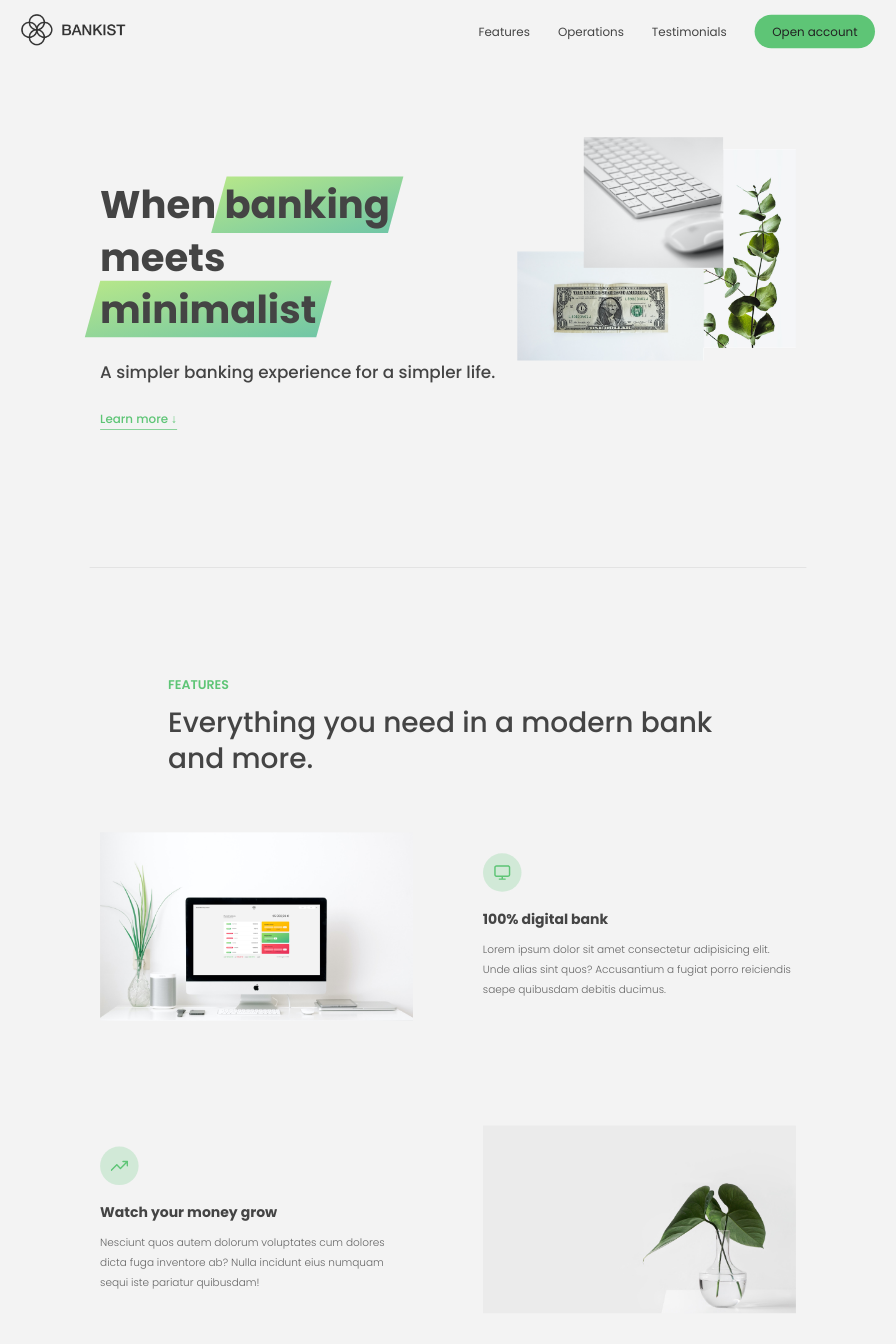
Repository: nptg3105/Bankist
Page: index.html
An editor plug-in stored every save of this project. The page is shown before and after the next save, followed by the edit.
The browser window is 1280 px wide. The pictures show the part of the page from y = 0 to 1920 px (the page is 5256 px tall), at 70% of full size.
Some web libraries are served in a nearby version.

Above is the page before, as saved 2022-06-03 14:19:34.

### index.html
<!DOCTYPE html>
<html lang="en">
  <head>
    <meta charset="UTF-8" />
    <meta name="viewport" content="width=device-width, initial-scale=1.0" />
    <meta http-equiv="X-UA-Compatible" content="ie=edge" />
    <link rel="shortcut icon" type="image/png" href="images/icon.png" />

    <link
      href="https://fonts.googleapis.com/css?family=Poppins:300,400,500,600&display=swap"
      rel="stylesheet"
    />
    <link
      rel="stylesheet"
      href="https://cdnjs.cloudflare.com/ajax/libs/font-awesome/6.1.1/css/all.min.css"
      integrity="sha512-KfkfwYDsLkIlwQp6LFnl8zNdLGxu9YAA1QvwINks4PhcElQSvqcyVLLD9aMhXd13uQjoXtEKNosOWaZqXgel0g=="
      crossorigin="anonymous"
      referrerpolicy="no-referrer"
    />
    <link rel="stylesheet" href="dist/index.css" />
    <title>Bankist | When Banking meets Minimalist</title>
  </head>
  <body>
    <nav class="nav container-fluid">
      <a href="#header"
        ><img
          src="images/logo.png"
          alt="Bankist logo"
          class="nav__logo"
          id="logo"
      /></a>
      <ul class="nav__links">
        <li class="nav__item">
          <a class="nav__link" href="#section--1">Features</a>
        </li>
        <li class="nav__item">
          <a class="nav__link" href="#section--2">Operations</a>
        </li>
        <li class="nav__item">
          <a class="nav__link" href="#section--3">Testimonials</a>
        </li>
        <li class="nav__item">
          <a class="nav__link nav__link--btn btn--show-modal" href="#"
            >Open account</a
          >
        </li>
      </ul>

      <div class="nav__button">
        <div class="nav__hamburger">
          <span></span>
        </div>
      </div>
    </nav>
    <ul class="nav-mobile">
      <div class="nav-mobile__links">
        <li class="nav-mobile__link"><a href="#section--1">Features</a></li>
        <li class="nav-mobile__link"><a href="#section--2">Operations</a></li>
        <li class="nav-mobile__link"><a href="#section--3">Testimonials</a></li>
        <li class="nav-mobile__link">
          <a class="nav__link--btn btn--show-modal" href="#">Open account</a>
        </li>
      </div>
    </ul>
    <header id="header" class="header container">
      <div class="header__title">
        <h1>
          When
          <!-- Green highlight effect -->
          <span class="highlight">banking</span>
          meets<br />
          <span class="highlight">minimalist</span>
        </h1>
        <h4>A simpler banking experience for a simpler life.</h4>
        <button class="btn--text btn--scroll-to">Learn more &DownArrow;</button>
        <img
          src="images/hero.png"
          class="header__img"
          alt="Minimalist bank items"
        />
      </div>
    </header>

    <section class="section container" id="section--1">
      <div class="section__title">
        <h2 class="section__description">Features</h2>
        <h3 class="section__header">
          Everything you need in a modern bank and more.
        </h3>
      </div>

      <div class="features">
        <div class="features__item">
          <img
            src="images/digital-lazy.jpg"
            data-src="images/digital.jpg"
            alt="Computer"
            class="features__img lazy-img"
          />
          <div class="features__feature">
            <div class="features__icon">
              <svg>
                <use xlink:href="images/icons.svg#icon-monitor"></use>
              </svg>
            </div>
            <h5 class="features__header">100% digital bank</h5>
            <p>
              Lorem ipsum dolor sit amet consectetur adipisicing elit. Unde
              alias sint quos? Accusantium a fugiat porro reiciendis saepe
              quibusdam debitis ducimus.
            </p>
          </div>
        </div>

        <div class="features__item features__item--reverse">
          <img
            src="images/grow-lazy.jpg"
            data-src="images/grow.jpg"
            alt="Plant"
            class="features__img lazy-img"
          />
          <div class="features__feature">
            <div class="features__icon">
              <svg>
                <use xlink:href="images/icons.svg#icon-trending-up"></use>
              </svg>
            </div>
            <h5 class="features__header">Watch your money grow</h5>
            <p>
              Nesciunt quos autem dolorum voluptates cum dolores dicta fuga
              inventore ab? Nulla incidunt eius numquam sequi iste pariatur
              quibusdam!
            </p>
          </div>
        </div>

        <div class="features__item">
          <img
            src="images/card-lazy.jpg"
            data-src="images/card.jpg"
            alt="Credit card"
            class="features__img lazy-img"
          />
          <div class="features__feature">
            <div class="features__icon">
              <svg>
                <use xlink:href="images/icons.svg#icon-credit-card"></use>
              </svg>
            </div>
            <h5 class="features__header">Free debit card included</h5>
            <p>
              Quasi, fugit in cumque cupiditate reprehenderit debitis animi enim
              eveniet consequatur odit quam quos possimus assumenda dicta fuga
              inventore ab.
            </p>
          </div>
        </div>
      </div>
    </section>

    <section class="section container" id="section--2">
      <div class="section__title">
        <h2 class="section__description">Operations</h2>
        <h3 class="section__header">
          Everything as simple as possible, but no simpler.
        </h3>
      </div>

      <div class="operations">
        <div class="operations__tab-container">
          <button
            class="btn operations__tab operations__tab--1 operations__tab--active"
            data-tab="1"
          >
            <span>01</span>Instant Transfers
          </button>
          <button class="btn operations__tab operations__tab--2" data-tab="2">
            <span>02</span>Instant Loans
          </button>
          <button class="btn operations__tab operations__tab--3" data-tab="3">
            <span>03</span>Instant Closing
          </button>
        </div>
        <div
          class="operations__content operations__content--1 operations__content--active"
        >
          <div class="operations__icon operations__icon--1">
            <svg>
              <use xlink:href="images/icons.svg#icon-upload"></use>
            </svg>
          </div>
          <h5 class="operations__header">
            Tranfser money to anyone, instantly! No fees, no BS.
          </h5>
          <p>
            Lorem ipsum dolor sit amet, consectetur adipisicing elit, sed do
            eiusmod tempor incididunt ut labore et dolore magna aliqua. Ut enim
            ad minim veniam, quis nostrud exercitation ullamco laboris nisi ut
            aliquip ex ea commodo consequat.
          </p>
        </div>

        <div class="operations__content operations__content--2">
          <div class="operations__icon operations__icon--2">
            <svg>
              <use xlink:href="images/icons.svg#icon-home"></use>
            </svg>
          </div>
          <h5 class="operations__header">
            Buy a home or make your dreams come true, with instant loans.
          </h5>
          <p>
            Duis aute irure dolor in reprehenderit in voluptate velit esse
            cillum dolore eu fugiat nulla pariatur. Excepteur sint occaecat
            cupidatat non proident, sunt in culpa qui officia deserunt mollit
            anim id est laborum.
          </p>
        </div>
        <div class="operations__content operations__content--3">
          <div class="operations__icon operations__icon--3">
            <svg>
              <use xlink:href="images/icons.svg#icon-user-x"></use>
            </svg>
          </div>
          <h5 class="operations__header">
            No longer need your account? No problem! Close it instantly.
          </h5>
          <p>
            Excepteur sint occaecat cupidatat non proident, sunt in culpa qui
            officia deserunt mollit anim id est laborum. Ut enim ad minim
            veniam, quis nostrud exercitation ullamco laboris nisi ut aliquip ex
            ea commodo consequat.
          </p>
        </div>
      </div>
    </section>

    <section class="section container" id="section--3">
      <div class="section__title section__title--testimonials">
        <h2 class="section__description">Not sure yet?</h2>
        <h3 class="section__header">
          Millions of Bankists are already making their lifes simpler.
        </h3>
      </div>

      <div class="slider">
        <div class="slide slide--1">
          <div class="testimonial">
            <h5 class="testimonial__header">Best financial decision ever!</h5>
            <blockquote class="testimonial__text">
              Lorem ipsum dolor sit, amet consectetur adipisicing elit.
              Accusantium quas quisquam non? Quas voluptate nulla minima
              deleniti optio ullam nesciunt, numquam corporis et asperiores
              laboriosam sunt, praesentium suscipit blanditiis. Necessitatibus
              id alias reiciendis, perferendis facere pariatur dolore veniam
              autem esse non voluptatem saepe provident nihil molestiae.
            </blockquote>
            <address class="testimonial__author">
              <img src="images/user-1.jpg" alt="" class="testimonial__photo" />
              <h6 class="testimonial__name">Aarav Lynn</h6>
              <p class="testimonial__location">San Francisco, USA</p>
            </address>
          </div>
        </div>

        <div class="slide slide--2">
          <div class="testimonial">
            <h5 class="testimonial__header">
              The last step to becoming a complete minimalist
            </h5>
            <blockquote class="testimonial__text">
              Quisquam itaque deserunt ullam, quia ea repellendus provident,
              ducimus neque ipsam modi voluptatibus doloremque, corrupti
              laborum. Incidunt numquam perferendis veritatis neque repellendus.
              Lorem, ipsum dolor sit amet consectetur adipisicing elit. Illo
              deserunt exercitationem deleniti.
            </blockquote>
            <address class="testimonial__author">
              <img src="images/user-2.jpg" alt="" class="testimonial__photo" />
              <h6 class="testimonial__name">Miyah Miles</h6>
              <p class="testimonial__location">London, UK</p>
            </address>
          </div>
        </div>

        <div class="slide slide--3">
          <div class="testimonial">
            <h5 class="testimonial__header">
              Finally free from old-school banks
            </h5>
            <blockquote class="testimonial__text">
              Debitis, nihil sit minus suscipit magni aperiam vel tenetur
              incidunt commodi architecto numquam omnis nulla autem,
              necessitatibus blanditiis modi similique quidem. Odio aliquam
              culpa dicta beatae quod maiores ipsa minus consequatur error sunt,
              deleniti saepe aliquid quos inventore sequi. Necessitatibus id
              alias reiciendis, perferendis facere.
            </blockquote>
            <address class="testimonial__author">
              <img src="images/user-3.jpg" alt="" class="testimonial__photo" />
              <h6 class="testimonial__name">Francisco Gomes</h6>
              <p class="testimonial__location">Lisbon, Portugal</p>
            </address>
          </div>
        </div>

        <!-- <div class="slide"><img src="images/img-1.jpg" alt="Photo 1" /></div>
        <div class="slide"><img src="images/img-2.jpg" alt="Photo 2" /></div>
        <div class="slide"><img src="images/img-3.jpg" alt="Photo 3" /></div>
        <div class="slide"><img src="images/img-4.jpg" alt="Photo 4" /></div> -->
        <button class="slider__btn slider__btn--left">&larr;</button>
        <button class="slider__btn slider__btn--right">&rarr;</button>
        <div class="dots"></div>
      </div>
    </section>

    <section class="section section--sign-up">
      <div class="container">
        <div class="section__title">
          <h3 class="section__header">
            The best day to join Bankist was one year ago. The second best is
            today!
          </h3>
        </div>
        <button class="btn btn--show-modal">
          Open your free account today!
        </button>
      </div>
    </section>

    <footer class="footer">
      <div class="container">
        <ul class="footer__nav">
          <li class="footer__item">
            <a class="footer__link" href="#">About</a>
          </li>
          <li class="footer__item">
            <a class="footer__link" href="#">Pricing</a>
          </li>
          <li class="footer__item">
            <a class="footer__link" href="#">Terms of Use</a>
          </li>
          <li class="footer__item">
            <a class="footer__link" href="#">Privacy Policy</a>
          </li>
          <li class="footer__item">
            <a class="footer__link" href="#">Careers</a>
          </li>
          <li class="footer__item">
            <a class="footer__link" href="#">Blog</a>
          </li>
          <li class="footer__item">
            <a class="footer__link" href="#">Contact Us</a>
          </li>
        </ul>
        <img src="images/icon.png" alt="Logo" class="footer__logo" />
        <p class="footer__copyright">
          &copy; Copyright by
          <a
            class="footer__link twitter-link"
            target="_blank"
            href="https://twitter.com/jonasschmedtman"
            >Jonas Schmedtmann</a
          >. Use for learning or your portfolio. Don't use to teach. Don't claim
          as your own product.
        </p>
      </div>
    </footer>

    <div class="modal hidden">
      <button class="btn--close-modal">&times;</button>
      <h2 class="modal__header">
        Open your bank account <br />
        in just <span class="highlight">5 minutes</span>
      </h2>
      <form class="modal__form">
        <div class="modal__control">
          <label class="modal__label">First Name</label>
          <input class="modal__input" type="text" required />
          <small>Please enter a valid name!</small>
        </div>
        <div class="modal__control">
          <label class="modal__label">Last Name</label>
          <input class="modal__input" type="text" required />
          <small></small>
        </div>
        <div class="modal__control">
          <label class="modal__label">Email Address</label>
          <input class="modal__input" type="email" required />
          <small></small>
        </div>
        <button class="btn">Next step &rarr;</button>
      </form>
    </div>
    <div class="overlay hidden"></div>

    <script src="./src/js/script.js"></script>
  </body>
</html>

### src/js/script.js
"use strict";

///////////////////////////////////////
// Modal window

const modal = document.querySelector(".modal");
const overlay = document.querySelector(".overlay");
const btnCloseModal = document.querySelector(".btn--close-modal");
const btnsOpenModal = document.querySelectorAll(".btn--show-modal");

const btnScroll = document.querySelector(".btn--scroll-to");
const section1 = document.querySelector("#section--1");

const tabs = document.querySelectorAll(".operations__tab");
const tabsContainer = document.querySelector(".operations__tab-container");
const tabsContent = document.querySelectorAll(".operations__content");

const nav = document.querySelector(".nav");

const openModal = function (e) {
  e.preventDefault();
  modal.classList.remove("hidden");
  overlay.classList.remove("hidden");
};

const closeModal = function () {
  modal.classList.add("hidden");
  overlay.classList.add("hidden");
};

btnsOpenModal.forEach((btn) => {
  btn.addEventListener("click", openModal);
});

btnCloseModal.addEventListener("click", closeModal);
overlay.addEventListener("click", closeModal);

document.addEventListener("keydown", function (e) {
  if (e.key === "Escape" && !modal.classList.contains("hidden")) {
    closeModal();
  }
});

//Scroll Smooth
btnScroll.addEventListener("click", function () {
  section1.scrollIntoView({ behavior: "smooth" });
});

document.querySelector(".nav__links").addEventListener("click", (e) => {
  e.preventDefault();
  if (e.target.classList.contains("nav__link")) {
    const id = e.target.getAttribute("href");
    document.querySelector(id).scrollIntoView({ behavior: "smooth" });
  }
});

//Tabbed Component
tabsContainer.addEventListener("click", function (e) {
  const clicked = e.target.closest(".operations__tab");
  // console.log(clicked);

  //Remove classes
  tabs.forEach((tab) => {
    tab.classList.remove("operations__tab--active");
  });
  tabsContent.forEach((content) => {
    content.classList.remove("operations__content--active");
  });

  if (!clicked) return;

  //Active class
  clicked.classList.add("operations__tab--active");

  //Active content area
  document
    .querySelector(`.operations__content--${clicked.dataset.tab}`)
    .classList.add("operations__content--active");
});

//Faded nav
function handleHover(e) {
  if (e.target.classList.contains("nav__link")) {
    const link = e.target;
    const siblings = link.closest(".nav__links").querySelectorAll(".nav__link");

    siblings.forEach((element) => {
      if (element !== link) element.style.opacity = this;
    });
  }
}

nav.addEventListener("mouseover", handleHover.bind(0.5));
nav.addEventListener("mouseout", handleHover.bind(1));

//Sticky Nav
const initialCoords = section1.getBoundingClientRect();
const navHeight = nav.getBoundingClientRect().height;
// console.log(navHeight);

window.addEventListener("scroll", function () {
  if (window.scrollY > initialCoords.top - navHeight) {
    nav.classList.add("sticky");
  }
  if (window.scrollY < initialCoords.top) {
    nav.classList.remove("sticky");
  }
});

//Hamburger Nav
const btnHamburger = document.querySelector(".nav__button");
const navMobile = document.querySelector(".nav-mobile");
const navLinks = document.querySelector(".nav__links");
const navMobileLink = document.querySelectorAll(".nav-mobile__link");

btnHamburger.addEventListener("click", function () {
  navMobile.classList.toggle("active");
  btnHamburger.classList.toggle("clicked");
  document.querySelector("body").classList.toggle("overflow-hidden");
});

window.addEventListener("resize", function () {
  const windowWidth = nav.getBoundingClientRect().width;
  console.log(windowWidth);
  // location.reload();

  if (windowWidth > 992) {
    btnHamburger.style.display = "none";
    navLinks.classList.remove("hide");
  } else {
    navLinks.classList.add("hide");
    btnHamburger.classList.remove("hide");
    btnHamburger.style.display = "flex";
  }
});

navMobileLink.forEach((link) =>
  link.addEventListener("click", function () {
    navMobile.classList.remove("active");
    btnHamburger.classList.remove("clicked");
    document.querySelector("body").classList.remove("overflow-hidden");
  })
);

//Reveal Section
const allSection = document.querySelectorAll(".section");

function revealSection(entries, observer) {
  const [entry] = entries;
  // console.log(entry);
  if (!entry.isIntersecting) return;
  entry.target.classList.remove("section--hidden");
  observer.unobserve(entry.target);
}

const sectionObserver = new IntersectionObserver(revealSection, {
  root: null,
  threshold: 0.15,
});

allSection.forEach((section) => {
  sectionObserver.observe(section);
  section.classList.add("section--hidden");
});

//Lazy-load image
const imgTargets = document.querySelectorAll("img[data-src]");

function loadImg(entries, observer) {
  const [entry] = entries;
  // console.log(entry);

  if (!entry.isIntersecting) return;

  //Replace src with data-src
  entry.target.src = entry.target.dataset.src;

  entry.target.addEventListener("load", () => {
    entry.target.classList.remove("lazy-img");
  });

  observer.unobserve(entry.target);
}

const imgObserver = new IntersectionObserver(loadImg, {
  root: null,
  threshold: 0,
  rootMargin: "-200px",
});

imgTargets.forEach((img) => imgObserver.observe(img));

//Slider
function slider() {
  const slides = document.querySelectorAll(".slide");
  const btnNext = document.querySelector(".slider__btn--right");
  const btnPrev = document.querySelector(".slider__btn--left");
  const dotContainer = document.querySelector(".dots");

  let curSlide = 0;
  const maxSlide = slides.length;

  //Function
  function createDot() {
    slides.forEach((_, i) => {
      dotContainer.insertAdjacentHTML(
        "beforeend",
        `<button class="dots__dot" data-slide=${i}></button>`
      );
    });
  }

  function activeDot(slide) {
    document
      .querySelectorAll(".dots__dot")
      .forEach((dot) => dot.classList.remove("dots__dot--active"));

    document
      .querySelector(`.dots__dot[data-slide="${slide}"]`)
      .classList.add("dots__dot--active");
  }

  function goToSlide(slide) {
    slides.forEach((s, i) => {
      s.style.transform = `translateX(${100 * (i - slide)}%)`;
    });
  }

  function init() {
    goToSlide(0);
    createDot();
    activeDot(0);
  }
  init();

  //Next Slide
  function nextSlide() {
    if (curSlide === maxSlide - 1) {
      curSlide = 0;
    } else {
      curSlide++;
    }

    goToSlide(curSlide);
    activeDot(curSlide);
  }

  //PrevSlide
  function prevSlide() {
    if (curSlide === 0) {
      curSlide = maxSlide - 1;
    } else {
      curSlide--;
    }
    goToSlide(curSlide);
    activeDot(curSlide);
  }

  btnNext.addEventListener("click", nextSlide);
  btnPrev.addEventListener("click", prevSlide);

  document.addEventListener("keydown", function (e) {
    if (e.key === "ArrowLeft") prevSlide();
    e.key === "ArrowRight" && nextSlide();
  });

  dotContainer.addEventListener("click", function (e) {
    if (e.target.classList.contains("dots__dot")) {
      const slide = e.target.dataset.slide;
      goToSlide(slide);
      activeDot(slide);
    }
  });
}

slider();

Loaded but not shown: dist/index.css (library)

After the next save:
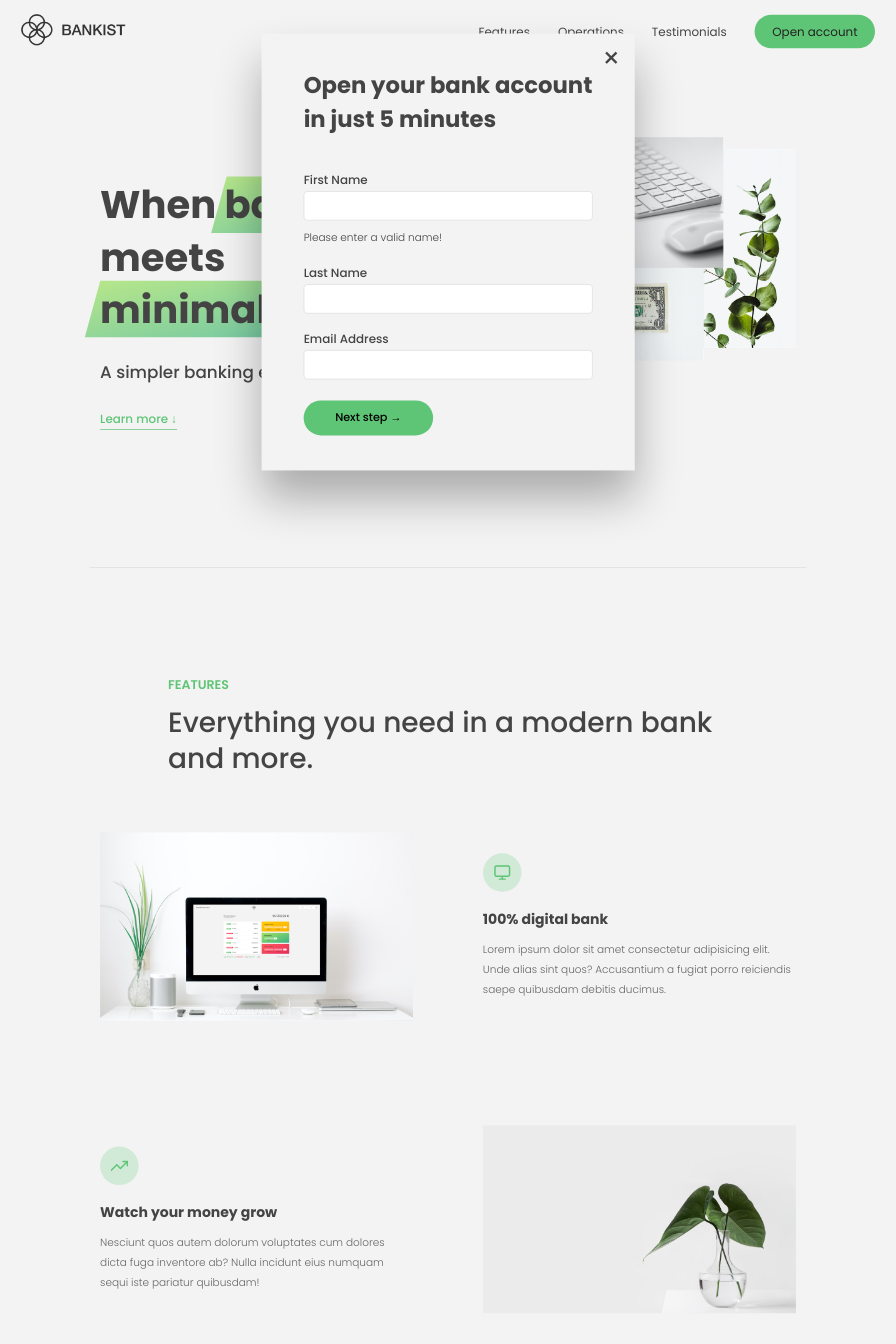
Saved 11 s later.
--- a/index.html
+++ b/index.html
@@ -367,7 +367,7 @@
       </div>
     </footer>
 
-    <div class="modal hidden">
+    <div class="modal">
       <button class="btn--close-modal">&times;</button>
       <h2 class="modal__header">
         Open your bank account <br />
